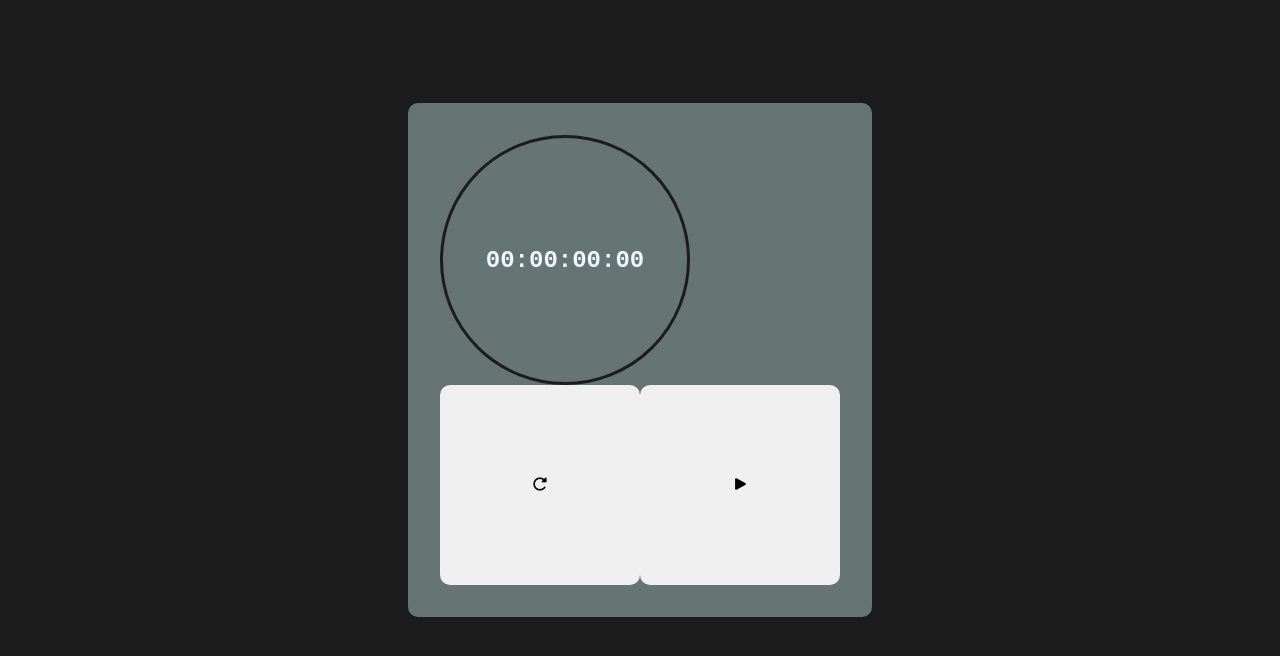
Repository: ValdemarCaculo/TEMPORIZADOR
Page: index.html
These files come from the project's save history. The page is drawn as it stood at one moment and after a run of saves; the edit follows.
The browser window is 1280 px wide. The pictures show the whole page.
Some web libraries are served in a nearby version.

Above is the page before, as saved 2025-12-06 15:32:08.

After the next 2 saves:
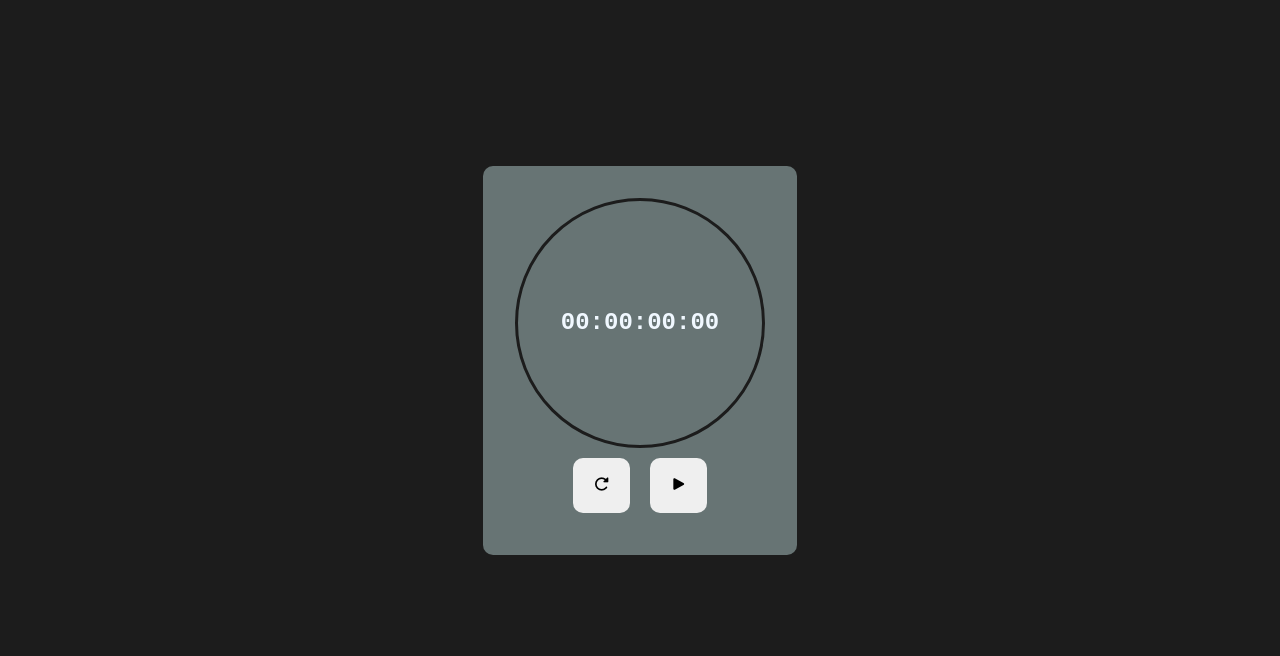
The 2 saves are shown as one change because they came seconds apart.
The last was saved 18 s later.
--- a/CSS/style.css
+++ b/CSS/style.css
@@ -36,14 +36,14 @@ body {
 
 button {
     border-radius: 10px;
-   width: 200px;
-   height: 200px;
+    margin: 10px;
+    padding: 20px;
     border: none;
     transition: 3ms ;
 
 }
 button :hover{
-    background-color: red;
+
 
 }
 
